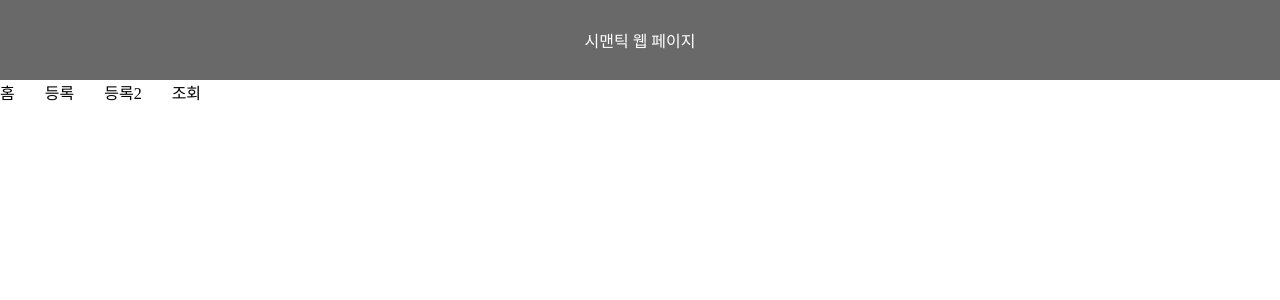
Repository: balhyo-younjisang/DigitechJSP
Page: http://localhost/InputPractice/
An editor plug-in stored every save of this project. The page is shown before and after the next save, followed by the edit.
The browser window is 1280 px wide. The pictures show the whole page.
The page is served by Tomcat 9. Queries for data that is not in the repository find no rows.

Above is the page before, as saved 2025-03-27 07:11:14.

After the next save:
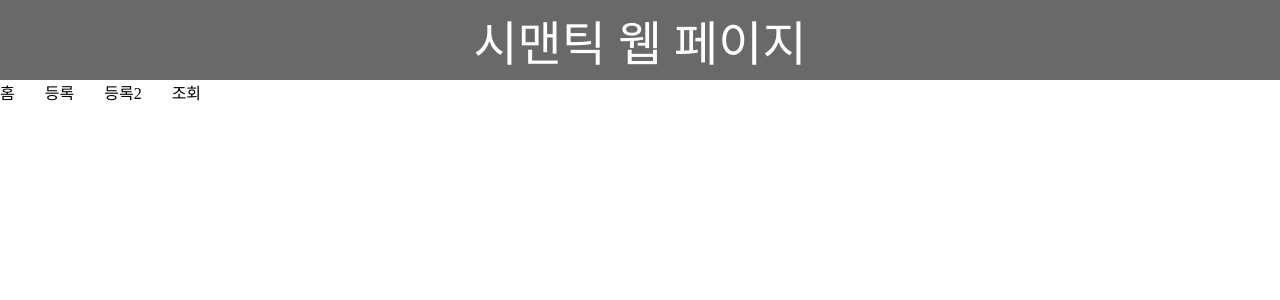
Saved 9 s later.
--- a/InputPractice/src/main/webapp/css/style.css
+++ b/InputPractice/src/main/webapp/css/style.css
@@ -28,6 +28,7 @@ header > div {
 	display: flex;
 	justify-content: center;
 	align-items: center;
+	font-size: 48px;
 }
 
 header .gnb {
